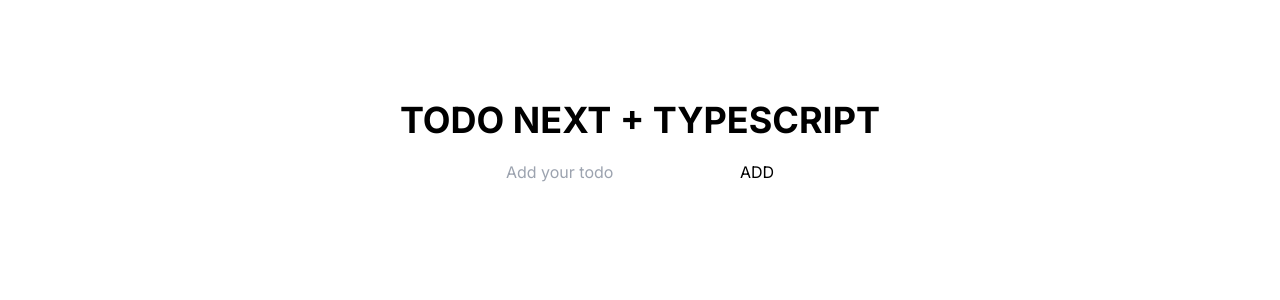
Repository: mehh000/next-ts-todo
Page: /
These files come from the project's save history. The page is drawn as it stood at one moment and after the next save; the edit follows.
The browser window is 1280 px wide. The pictures show the whole page.
The project was rebuilt for these pictures with package versions that can differ from the ones it lists, and the page was loaded fresh each time. The framework's server and built-in components were replaced by stand-ins that run in the browser. Also part of the build but not shown: next.config.mjs.

Above is the page before, as saved 2024-06-15 19:48:33.

After the next save:
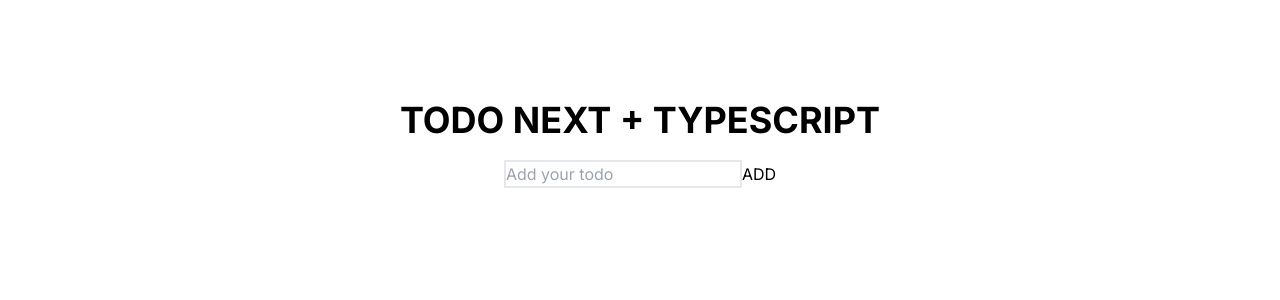
Saved 12 s later.
--- a/src/components/add-todo.tsx
+++ b/src/components/add-todo.tsx
@@ -21,7 +21,7 @@ const AddTODO: React.FC = () => {
       <input
         type="text"
         placeholder="Add your todo"
-        className=" border- "
+        className=" border-2 "
         value={todo}
         onChange={(event) => setTodo(event.target.value)}
       />
